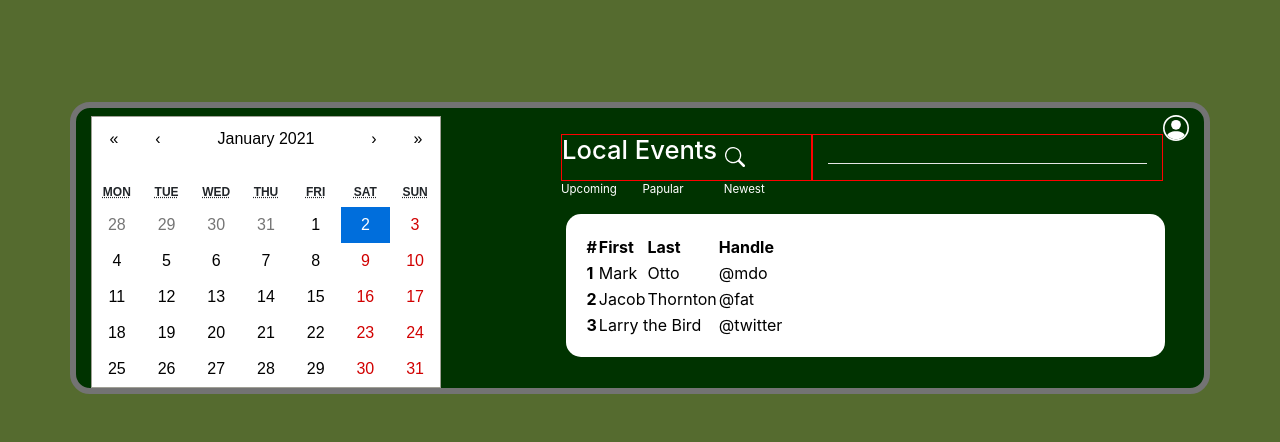
Repository: lalji-yadav/Calendar-code
Page: /
An editor plug-in stored every save of this project. The page is shown before and after the next save, followed by the edit.
The browser window is 1280 px wide. The pictures show the whole page.
The project was rebuilt for these pictures with package versions that can differ from the ones it lists, and the page was loaded fresh each time. Also part of the build but not shown: src/App.css.

Above is the page before, as saved 2021-01-04 10:43:29.

After the next save:
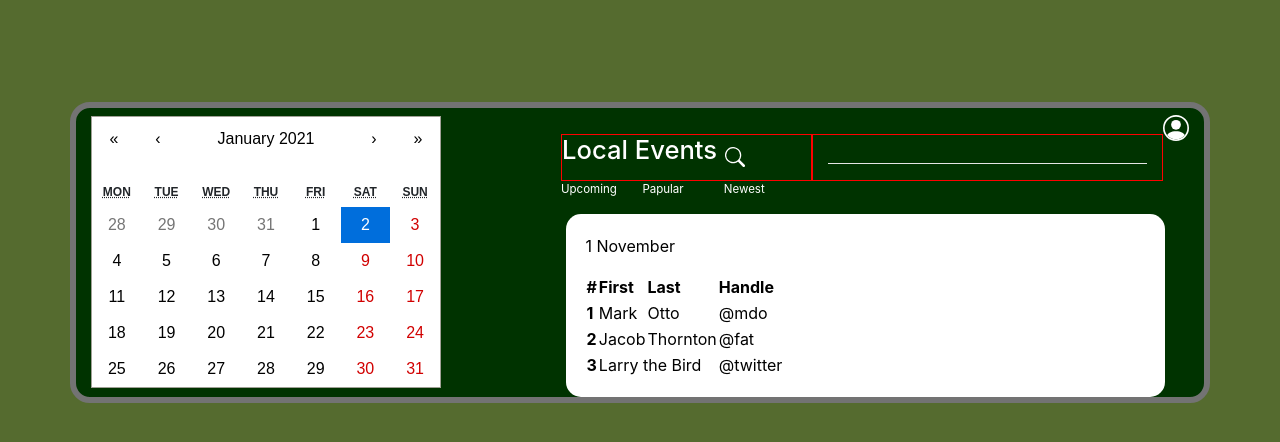
Saved 63 s later.
--- a/src/calendar/Home.js
+++ b/src/calendar/Home.js
@@ -53,6 +53,8 @@
           </div>
 
           <div className="tablebox">
+
+            <p> 1 November </p>
                 <table>
                     <thead>
                       <tr>
